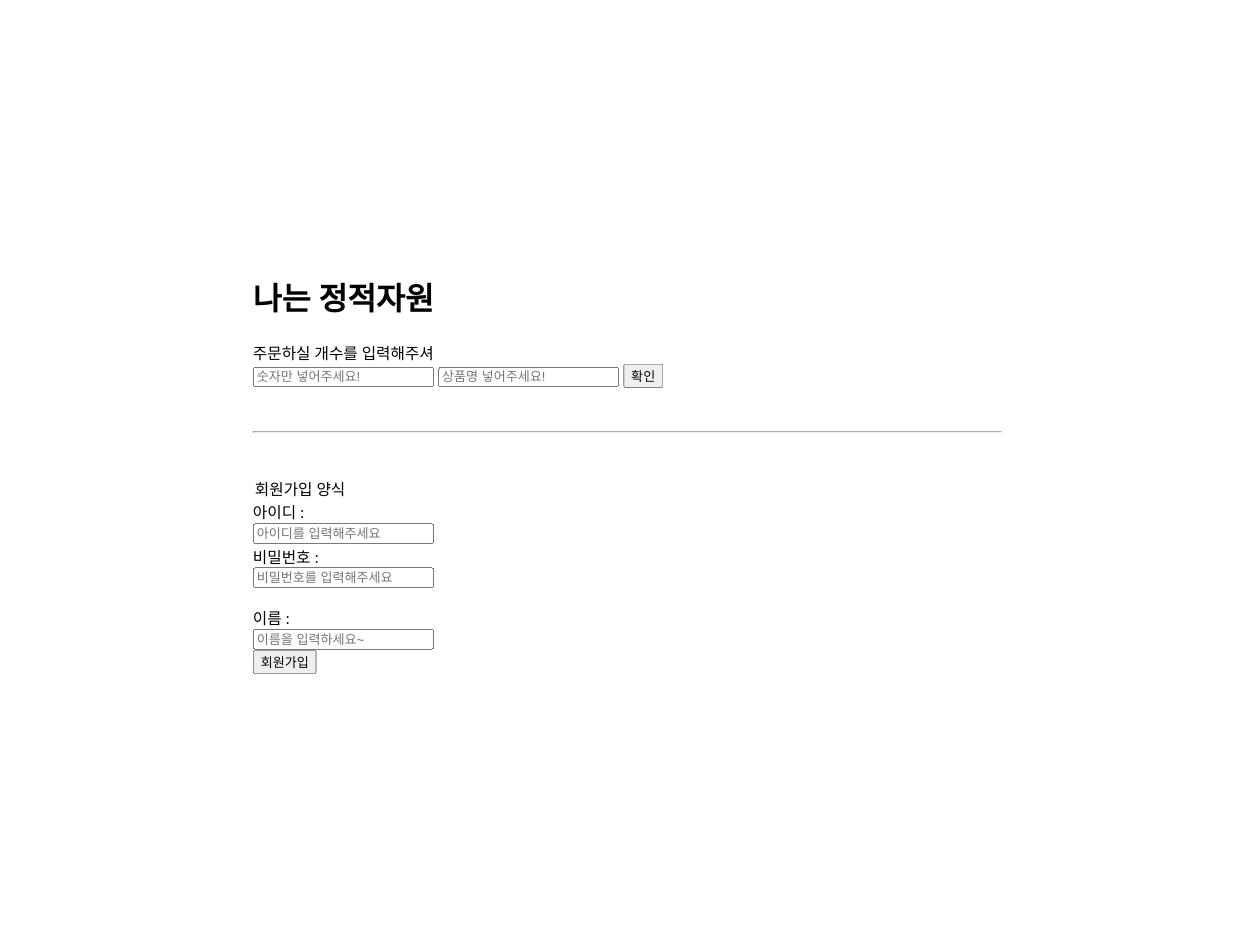
Repository: parkjin-sol/web-workplace
Page: BurgerKingProject/src/main/webapp/static/Requset_Page.html
The author's editor kept a copy of each file at every save. The page is drawn from the files as they stood at one save, then again after the next save.
The browser window is 1280 px wide. The pictures show the whole page, at 98% of full size.

Above is the page before, as saved 2025-03-10 03:30:03.

### BurgerKingProject/src/main/webapp/static/Requset_Page.html
<!DOCTYPE html>
<html>
<head>
<meta charset="UTF-8">
<title>눌렀음</title>
<style type="text/css">
	body {
		padding: 250px
	}

</style>
</head>
<body>
	<!--
		case 1 : 요청URL -> static 뒤로 url이 바뀜
		-> 상대경로 방식
		-> 현재 url의 가장 마지막 슬래쉬(/)뒤에 값이 붙음

		case 2 : http://www.naver.com -> 전체 url이 바뀜
		-> form태그로는 사용하지않음

		case 3 : /bk/case3
		-> 절대 경로 방식

		form에서 요청했을 경우 서버에서 요청을 처리
		-> tomcat에서 처리
		컨트롤러는 자바로 만듦
		자바를 이용해서 사용자의 웹 요청을 받아서 처리 를 위해 -> servlet 사용
		servlet은 인터페이스로 되어있음 -> implement를 통해 추상화하여 강제
	-->

	<form action="/bk/order" method="GET">
		<!-- form에 action / method 필수 -->
		<h1>나는 정적자원</h1>
		<!-- 동적으로 개발된 페이지 url를 보내기 위해서 Servlet 에 요청해야함
			 입력양식이 있어야 사용자에게 요청받을 수 있음  -->

		<span>주문하실 개수를 입력해주셔</span> <br>
		<input type="text" name="number" placeholder="숫자만 넣어주세요!" id="tn">
		<input type="text" name="product-name" placeholder="상품명 넣어주세요!">
		<button type="submit">확인</button>
	</form>

	<script type="text/javascript">
		console.dir(document.querySelector("tn"));
	</script>
	<br>
	<br>
	<hr>
	<br>
	<br>
	<!-- 상대경로 / 절대경로 -->

	<form action="/bk/sign-up.do" method="POST">
		<legend>회원가입 양식</legend>
		아이디 : <br>
		<input type="text" placeholder="아이디를 입력해주세요" name="userId"> <br>
		비밀번호 : <br>
		<input type="password" placeholder="비밀번호를 입력해주세요" name="userPw"> <br><br>
		이름 : <br>
		<input type="text" placeholder="이름을 입력하세요~" name="userName"> <br>
		<button type="submit">회원가입</button>
	</form>

</body>
</html>

After the next save:
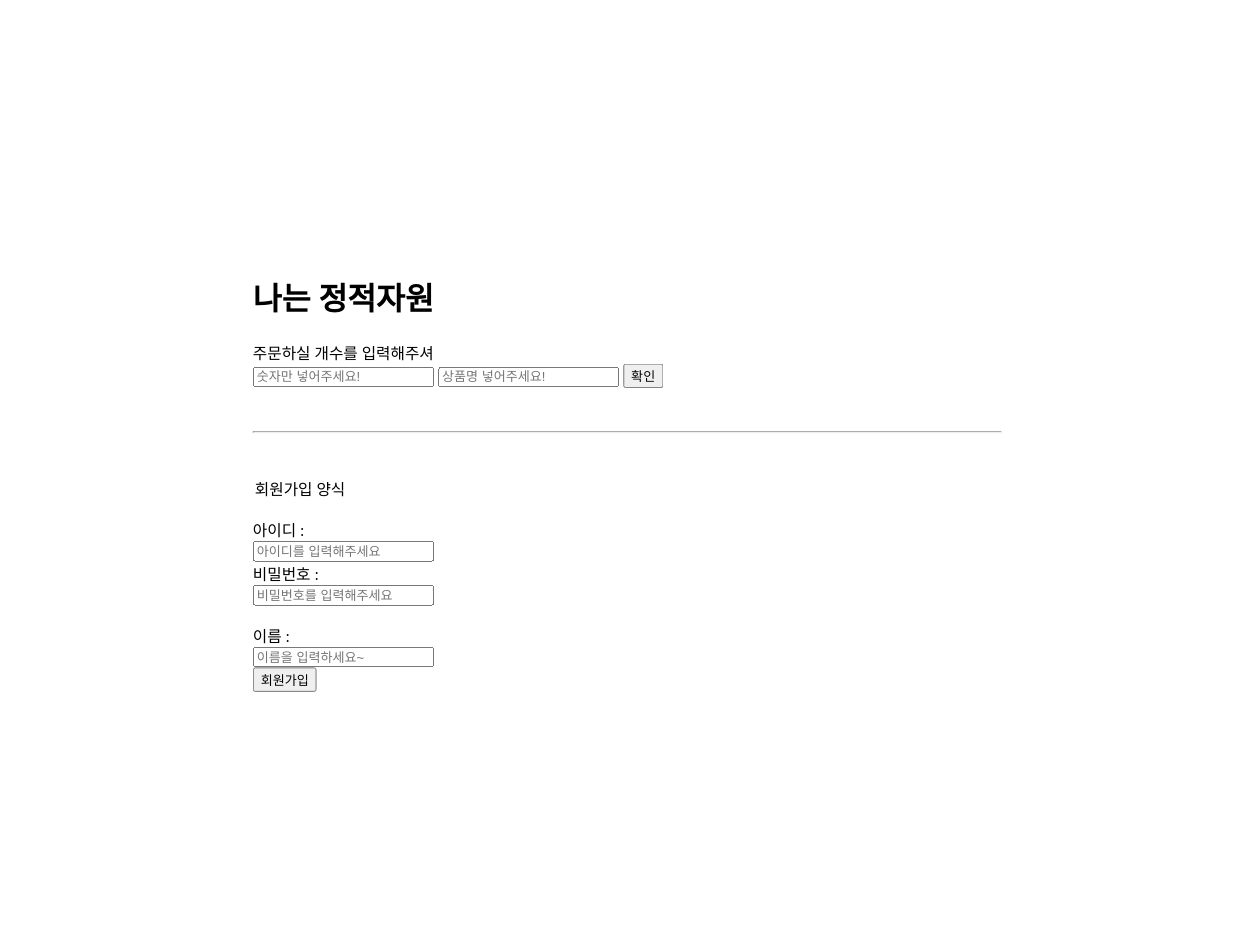
Saved 4 s later.
--- a/BurgerKingProject/src/main/webapp/static/Requset_Page.html
+++ b/BurgerKingProject/src/main/webapp/static/Requset_Page.html
@@ -52,7 +52,7 @@
 	<!-- 상대경로 / 절대경로 -->
 
 	<form action="/bk/sign-up.do" method="POST">
-		<legend>회원가입 양식</legend>
+		<legend>회원가입 양식</legend> <br>
 		아이디 : <br>
 		<input type="text" placeholder="아이디를 입력해주세요" name="userId"> <br>
 		비밀번호 : <br>
